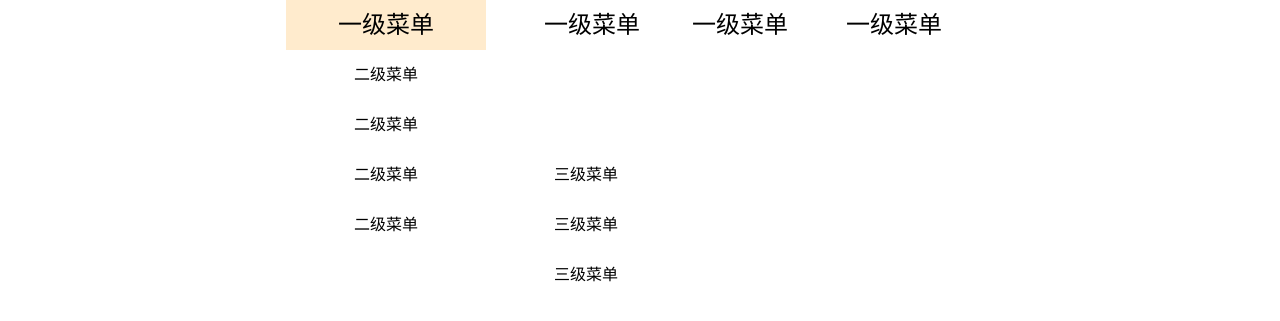
Repository: JJianZ/miao
Page: css-menu.html
These files come from the project's save history. The page is drawn as it stood at one moment and after the next save; the edit follows.
The browser window is 1280 px wide. The pictures show the whole page.
The pointer rests on the first visible `li`.

Above is the page before, as saved 2021-11-23 11:23:37.

### css-menu.html
<!DOCTYPE html>
<html lang="en">
<head>
  <meta charset="UTF-8">
  <meta http-equiv="X-UA-Compatible" content="IE=edge">
  <meta name="viewport" content="width=device-width, initial-scale=1.0">
  <title>Document</title>
  <style>
    * {
      margin: 0;
      padding: 0;
      width: 100%;
      box-sizing: border-box;
    }
    ul {
      list-style: none;
      line-height: 50px;
      text-align: center;
      font-size: 1.5em;
    }
    ul ul {
      left: 0;
      top: 100%;
    }
    .nav li {
      position: relative;
      width: 200px;
      height: 50px;
    }
    .nav li:hover {
      background-color: blanchedalmond;
    }
    .nav > li {
      display: inline-block;
    }
    .nav ul {
      display: none;
      position: absolute;
    }
    li ul {
      font-size: 16px;
    }
    li:hover ul {
      display: block;
    }
    ul ul ul {
      left: 100%;
      top: 0;
    }
  </style>
</head>
<body>
  <ul class="nav">
    <li>一级菜单
      <ul>
        <li>二级菜单</li>
        <li>二级菜单</li>
        <li>二级菜单
          <ul>
            <li>三级菜单</li>
            <li>三级菜单</li>
            <li>三级菜单</li>
          </ul>
        </li>
        <li>二级菜单</li>
      </ul>
    </li>
    <li>一级菜单
      <ul>
        <li>二级菜单</li>
        <li>二级菜单</li>
        <li>二级菜单</li>
        <li>二级菜单</li>
      </ul>
    </li>一级菜单
      <ul>
        <li>二级菜单</li>
        <li>二级菜单</li>
        <li>二级菜单</li>
        <li>二级菜单</li>
      </ul>
    </li>
    <li>一级菜单
      <ul>
        <li>二级菜单</li>
        <li>二级菜单</li>
        <li>二级菜单</li>
        <li>二级菜单</li>
      </ul>
    </li>
  </ul>
</body>
</html>

After the next save:
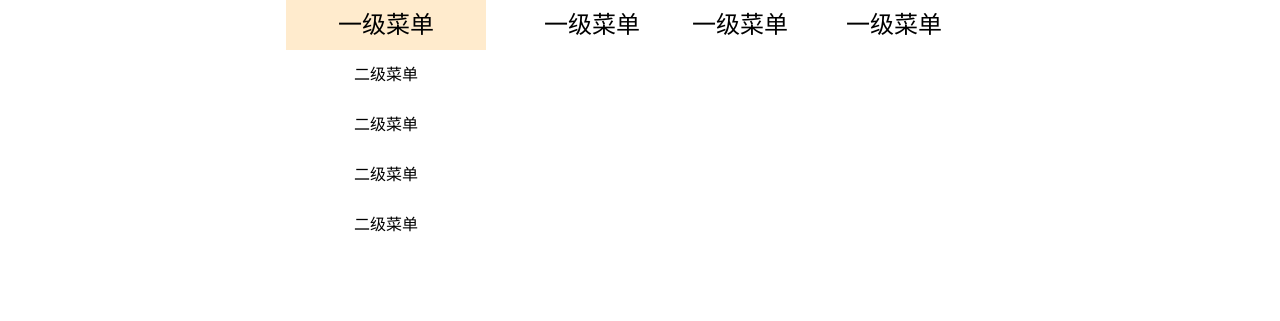
Saved 2 min 23 s later.
--- a/css-menu.html
+++ b/css-menu.html
@@ -40,7 +40,7 @@
     li ul {
       font-size: 16px;
     }
-    li:hover ul {
+    li:hover > ul {
       display: block;
     }
     ul ul ul {
